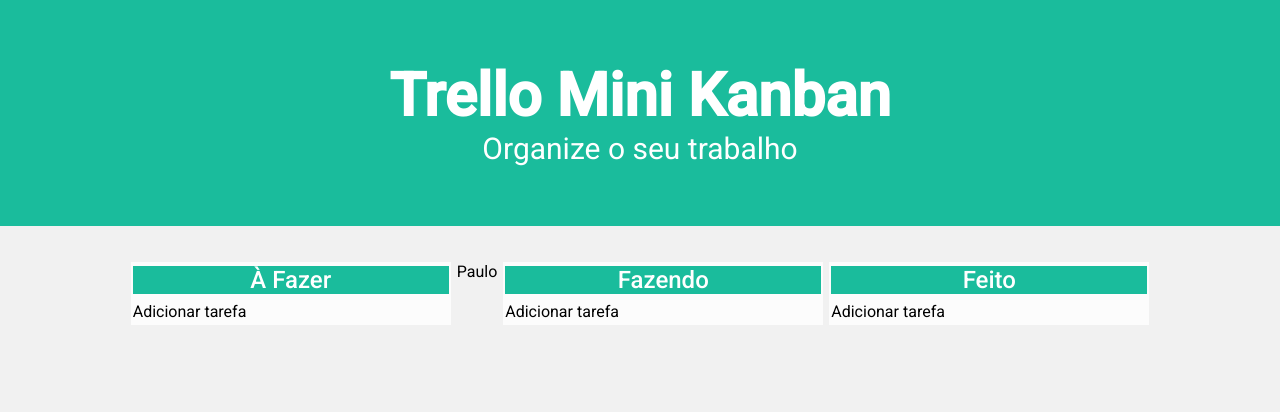
Repository: douglasabnovato/byteclass
Page: trello-mini-kanban/index.html
An editor plug-in stored every save of this project. The page is shown before and after the next save, followed by the edit.
The browser window is 1280 px wide. The pictures show the whole page.

Above is the page before, as saved 2025-07-31 21:14:07.

### trello-mini-kanban/index.html
<!DOCTYPE html>
<html>
  <head>
    <meta charset="UTF-8" />
    <meta http-equiv="X-UA-Compatible" content="IE=edge" />
    <meta name="viewport" content="width=device-width, initial-scale=1.0" />
    <link
      rel="stylesheet"
      href="https://cdnjs.cloudflare.com/ajax/libs/font-awesome/4.7.0/css/font-awesome.min.css"
    />
    <title>Trello Mini Kanban</title>
    <link rel="stylesheet" href="./style.css" />
  </head>

  <body>
    <div id="home" class="container content">
      <header>
        <h1>Trello Mini Kanban</h1>
        <p>Organize o seu trabalho</p>
      </header>

      <main>
        <div class="board">
          <h3 class="title">À Fazer</h3>
          <ul
            id="a-fazer"
            class="todo-list"
            ondrop="drop(event, this.id)"
            ondragover="over(event)"
          ></ul>
          <div class="add-card" onclick="addCard(this)">
            <p>Adicionar tarefa</p>
          </div>
        </div>

        <div class="a">
          <div class="b">
            <div class="c"></div>
          </div>
          <div class="b"><div class="c d">Paulo</div></div>
          <div class="b"></div>
        </div>


        <div class="board">
          <h3 class="title">Fazendo</h3>
          <ul
            id="fazendo"
            class="todo-list"
            ondrop="drop(event, this.id)"
            ondragover="over(event)"
          ></ul>
          <div class="add-card" onclick="addCard(this)">
            <p>Adicionar tarefa</p>
          </div>
        </div>

        <div class="board">
          <h3 class="title">Feito</h3>
          <ul
            id="feito"
            class="todo-list"
            ondrop="drop(event, this.id)"
            ondragover="over(event)"
          ></ul>
          <div class="add-card" onclick="addCard(this)">
            <p>Adicionar tarefa</p>
          </div>
        </div>
      </main>
    </div>

    <script src="./script.js"></script>
  </body>
</html>

### trello-mini-kanban/style.css
@import url("https://fonts.googleapis.com/css2?family=Roboto:wght@100;300;400;500&display=swap");

* {
  box-sizing: border-box;
  margin: 0;
}

body {
  background-color: #f1f1f1;
  font-family: "Roboto", sans-serif;
}

header {
  padding: 60px;
  text-align: center;
  background: #1abc9c;
  color: white;
  font-size: 30px;
}

main {
  display: flex;
  flex-wrap: wrap;
  justify-content: center;
  padding-block: 36px;
  gap: 6px;
}

.board {
  display: flex;
  flex-direction: column;
  gap: 4px;
  padding-block: 4px;
  padding-inline: 2px;
  width: 320px;
  background-color: rgba(255, 255, 255, 0.8);
}

.board .title {
  background-color: #1abc9c;
  color: white;
  text-align: center;
  font-size: 24px;
  font-weight: 500;
}

/*

.board ul {
  list-style-type: none;
  min-height: 330px;
  padding: 2px;
  display: flex;
  flex-wrap: wrap;
  align-content: flex-start;
}

.board li {
  background-color: white;
  box-shadow: 2px 2px rgba(0, 0, 0, 0.2);
  border-radius: 4px;
  min-width: 100px;
  height: 40px;
  display: flex;
  justify-content: space-between;
  margin: 4px 10px;
  padding: 8px;
  display: flex;
  align-items: center;
}

.board li:hover {
  cursor: move;
  background-color: rgba(200, 200, 200, 0.5);
  box-shadow: 2px 2px rgba(0, 0, 0, 0.4);
}

.board .todo-list .remove {
  width: 16px;
  height: 16px;
  border-radius: 50%;
  text-align: center;
  font-size: 12px;
  color: #c3c3c3;
}

.board .todo-list .remove:hover {
  cursor: pointer;
  background-color: lightcoral;
}

.board .add-card {
  background-color: rgba(200, 200, 200, 0.8);
  border-radius: 2px;
  box-shadow: 2px 2px rgba(0, 0, 0, 0.2);
  margin: 4px 4px;
}

.board .add-card:hover {
  background-color: rgba(192, 182, 182, 0.95);
  cursor: pointer;
  box-shadow: 2px 2px rgba(0, 0, 0, 0.4);
}

.board .add-card p {
  font-size: 16px;
  padding: 15px 10px;
  font-weight: 100;
}
*/

### trello-mini-kanban/script.js

// function addCard(element) {
//   const ulId = element.previousElementSibling.id;
//   const text = prompt("Qual é a tarefa?");
//   const board = document.getElementById(ulId);

//   const template = `
//     <li id="${new Date().getTime()}" draggable="true" ondragstart="drag(event)">
//         <p>${text}</p>
//         <p class="remove" onclick="removeCard(this)">x</p>
//     </li>
//   `;

//   board.innerHTML += template;
// }

// /* remover uma tarefa */
// function removeCard(element) {
//   document.getElementById(element.parentElement.id).remove();
// }

// /* arrastar uma tarefa entre os quadros */
// function drag(event) {
//   event.dataTransfer.setData("card", event.target.id);
// }

// function over(event) {
//   event.preventDefault();
// }

// function drop(event, id) {
//   event.preventDefault();

//   const target = document.getElementById(id);
//   const data = event.dataTransfer.getData("card");
//   const card = document.getElementById(data);

//   target.appendChild(card);
//   event.dataTransfer.clearData();
// }

After the next save:
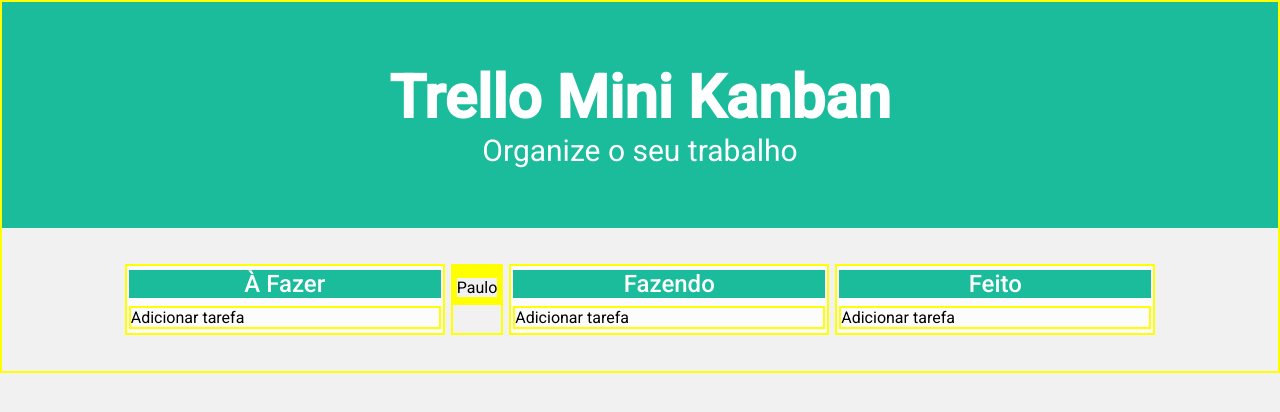
Saved 24 s later.
--- a/trello-mini-kanban/style.css
+++ b/trello-mini-kanban/style.css
@@ -42,6 +42,10 @@
   text-align: center;
   font-size: 24px;
   font-weight: 500;
+}
+
+div {
+    border: 2px solid yellow;
 }
 
 /*
